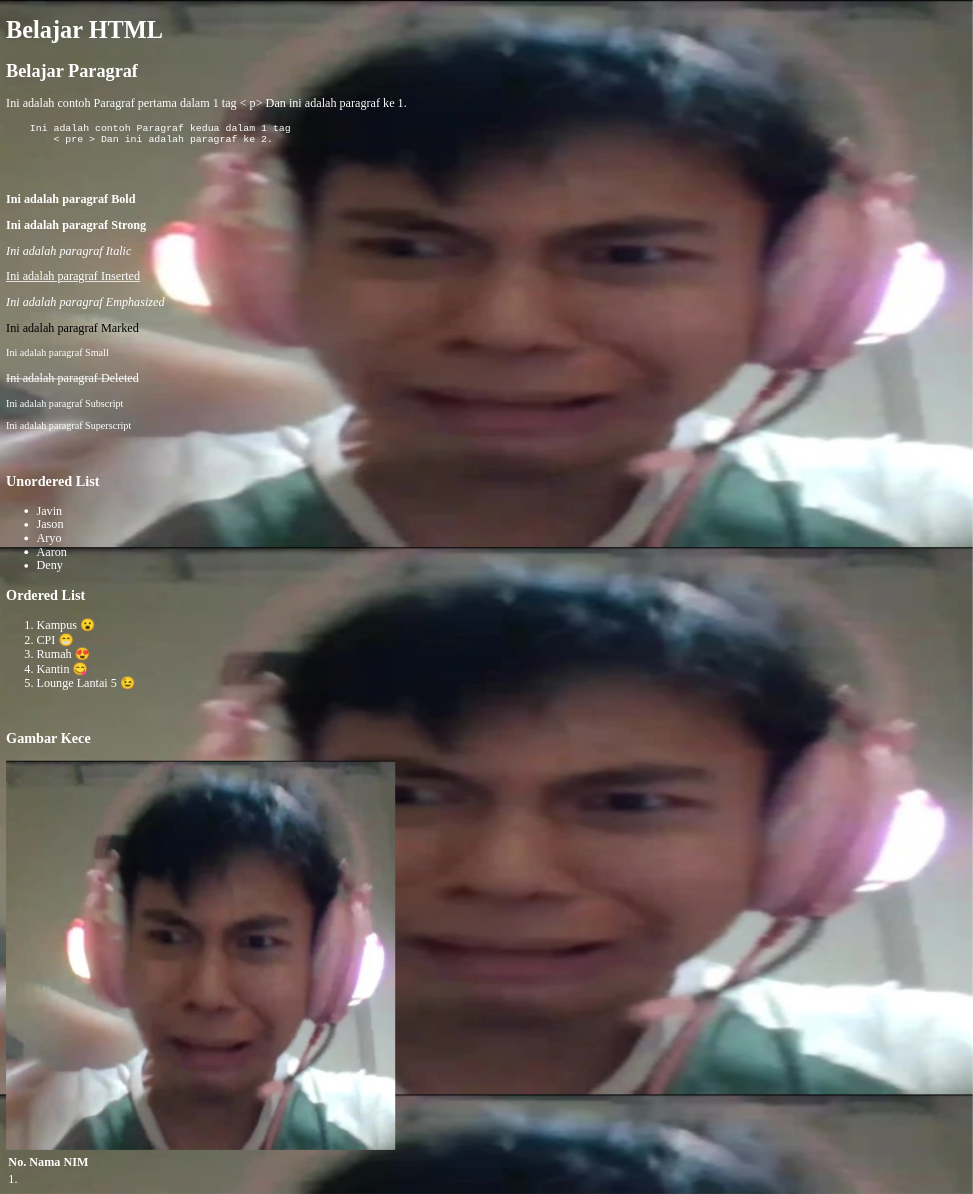
Repository: Gibekkk/WebPro
Page: Tugas HTML 1/index.html
These files come from the project's save history. The page is drawn as it stood at one moment and after the next save; the edit follows.
The browser window is 1280 px wide. The pictures show the whole page, at 76% of full size.
Backgrounds fixed to the window are drawn as part of the page.

Above is the page before, as saved 2024-03-25 10:30:42.

After the next save:
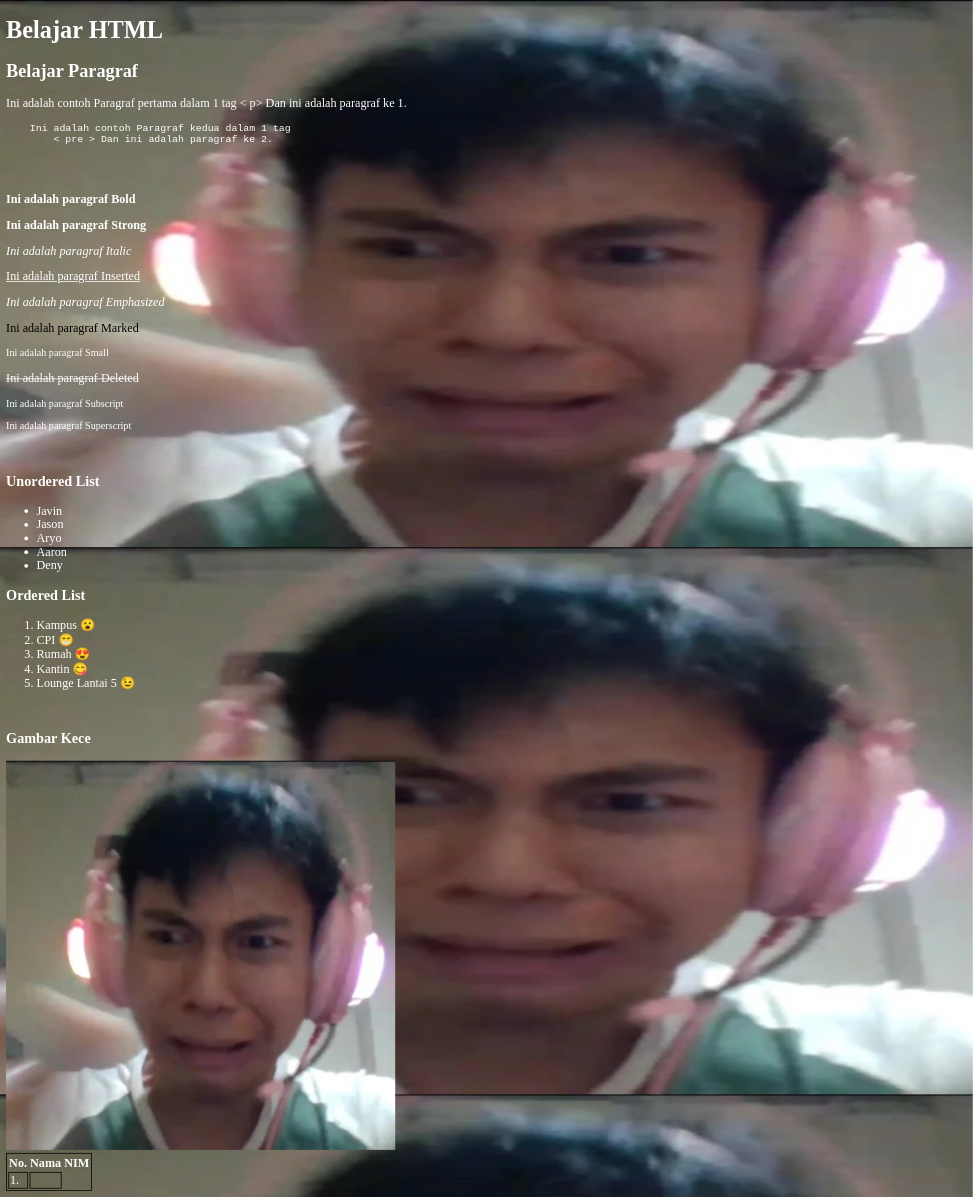
Saved 7 s later.
--- a/Tugas HTML 1/index.html
+++ b/Tugas HTML 1/index.html
@@ -9,7 +9,7 @@
         table,
         td,
         tr {
-            "border: 1px solid black;"
+            border: 1px solid black;
         }
     </style>
 </head>
